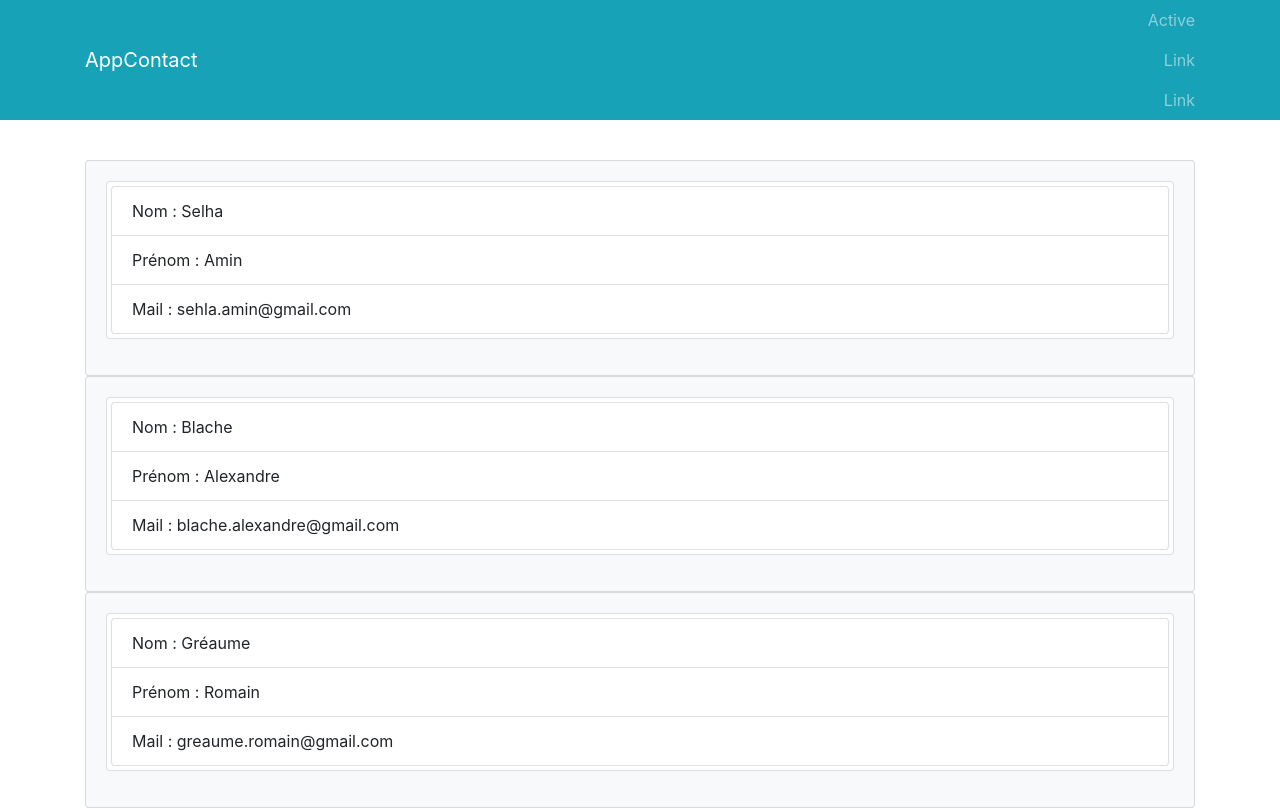
Repository: romgrm/appContact
Page: /
An editor plug-in stored every save of this project. The page is shown before and after the next save, followed by the edit.
The browser window is 1280 px wide. The pictures show the whole page.
The project was rebuilt for these pictures with package versions that can differ from the ones it lists, and the page was loaded fresh each time.

Above is the page before, as saved 2020-12-02 20:16:26.

After the next save:
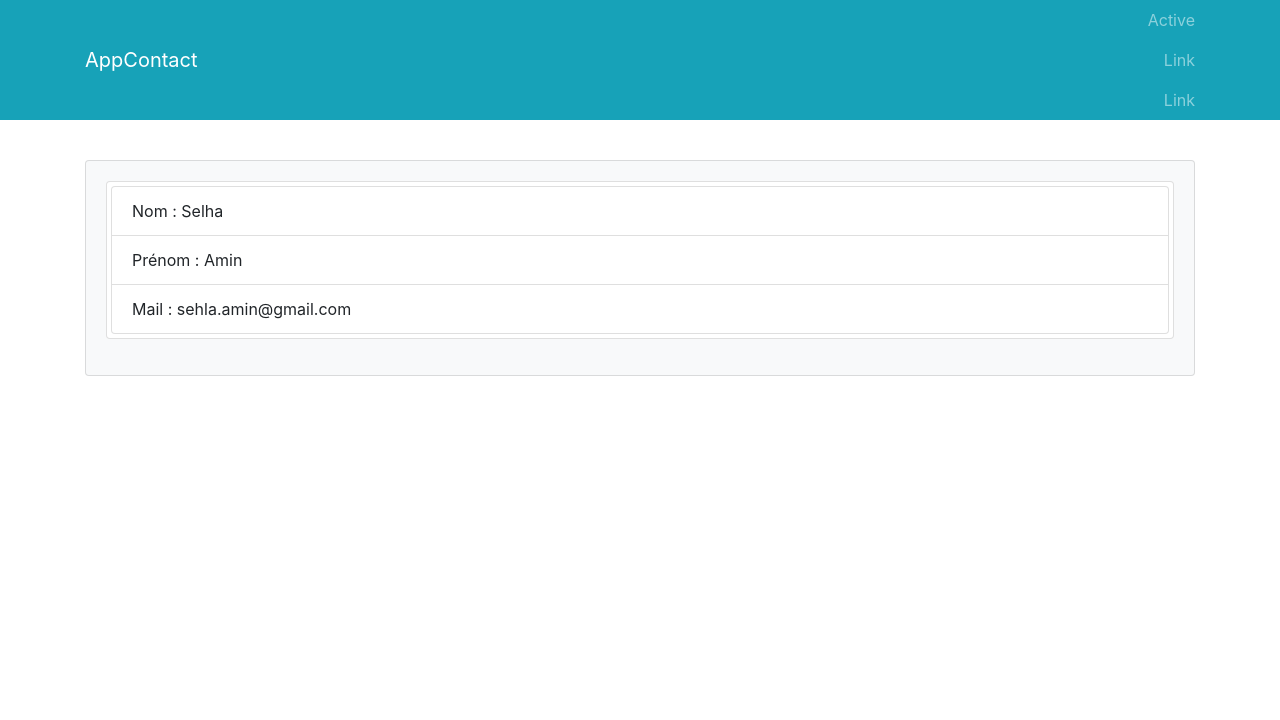
Saved 40 s later.
--- a/src/Components/Liste.js
+++ b/src/Components/Liste.js
@@ -10,16 +10,16 @@ export default class Liste extends Component {
                 prenom: 'Amin',
                 mail: 'sehla.amin@gmail.com'
             },
-            {
-                nom: 'Blache',
-                prenom: 'Alexandre',
-                mail: 'blache.alexandre@gmail.com'
-            },
-            {
-                nom: 'Gréaume',
-                prenom: 'Romain',
-                mail: 'greaume.romain@gmail.com'
-            }
+            // {
+            //     nom: 'Blache',
+            //     prenom: 'Alexandre',
+            //     mail: 'blache.alexandre@gmail.com'
+            // },
+            // {
+            //     nom: 'Gréaume',
+            //     prenom: 'Romain',
+            //     mail: 'greaume.romain@gmail.com'
+            // }
         ]
     }
 
